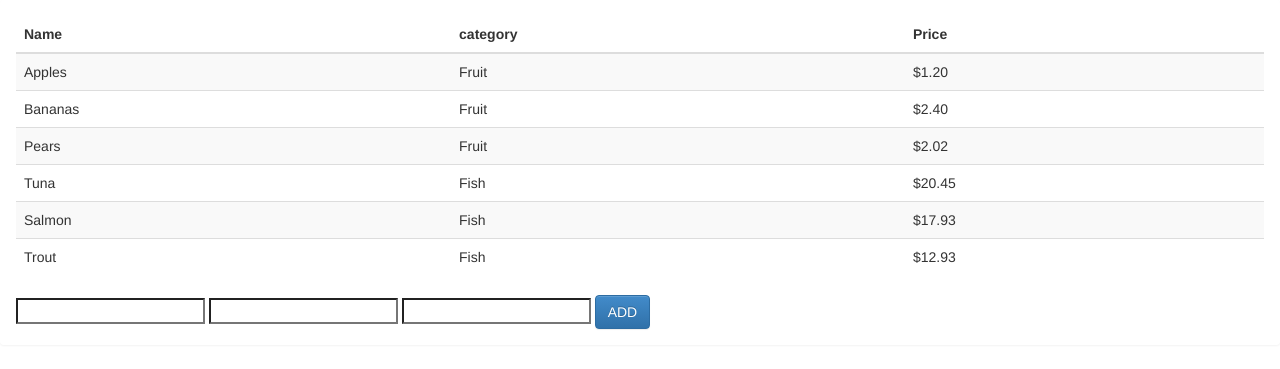
Repository: chisun-joung/workplace
Page: angularJS/WebContent/Chap17_CustomDirective/P516_Compile.html
These files come from the project's save history. The page is drawn as it stood at one moment and after the next save; the edit follows.
The browser window is 1280 px wide. The pictures show the whole page.
Some web libraries are served in a nearby version.

Above is the page before, as saved 2016-12-01 01:18:40.

### angularJS/WebContent/Chap17_CustomDirective/P516_Compile.html
<!DOCTYPE html>
<html ng-app="exampleApp">
<head>
    <title>Compile Function</title>
    <script src="https://ajax.googleapis.com/ajax/libs/angularjs/1.2.9/angular.js"></script>
    <link href="bootstrap.css" rel="stylesheet" />
    <link href="bootstrap-theme.css" rel="stylesheet" />
    <script type="text/ng-template" id="template">
		<table class="table table-striped">
        	<thead>
        		<tr>
        			<th>Name</th>
					<th>category</th>
        			<th>Price</th>
        		</tr>
        	</thead>
        	<tbody>
            	<tr ng-repeat="item in products">
                	<td>{{item.name}}</td>
					<td>{{item.category}}</td>
                	<td>{{item.price | currency}}</td>
            	</tr>
        	</tbody>
    	</table>
		<div id="view">
			<input type="text" ng-model="product.name">
            <input type="text" ng-model="product.category">
            <input type="text" ng-model="product.price">
			<!--
			<button id="btn" ng-click="addItem()">Change</button>
			-->
		</div>
	</script>
    <script type="text/javascript">
        angular.module("exampleApp", [])
            .controller("defaultCtrl", function ($scope) {
            	$scope.products = [
					{ name: "Apples", category: "Fruit", price: 1.20 },
					{ name: "Bananas", category: "Fruit", price: 2.4 },
					{ name: "Pears", category: "Fruit", price: 2.02},

					{ name: "Tuna", category: "Fish", price: 20.45 },
					{ name: "Salmon", category: "Fish", price: 17.93 },
					{ name: "Trout", category: "Fish", price: 12.93},
				];

            	$scope.addProduct = function(){
            		if(angular.isDefined($scope.product) && $scope.product.name !== '' && angular.isDefined($scope.product.name)){
            			$scope.products.push($scope.product);
            			$scope.product = {};
            		}
            	}
            })
            .directive("simpleRepeater", function () {
                return {
                    restrict: 'AE',
                    template: function(){
                    	 return angular.element(document.querySelector('#template')).html();
                    },
                    scope: {
                    	products:'=',
                    	addItem:'&addProduct',
                    	product:'=',

                    }
                    ,//기존 템플릿에서 구조를 추가, 변경할 목적으로 사용.
                	compile: function(element,attrs,transFn){
                		var view = angular.element(document.getElementById('view'));
                		if(attrs['showView'] == 'false') {
                			view.css('display','none')
                		}

                		var btn = angular.element('<button>');
                		btn.text('ADD');
                		btn.addClass('btn btn-primary');
                		view.append(btn)

                		// this is link function
                		return function(scope, element, attr, ctrl) {
                			console.log('Link Function');
                			btn.on('click', function(evt){
                				scope.addItem();
                				scope.$apply();
                			})
                		}
                	},


                }
            });
    </script>
</head>
<body ng-controller="defaultCtrl" class="panel panel-body" >

    <div simple-repeater products="products" add-product="addProduct()" product="product" show-view="true"></div>

</body>
</html>

Loaded but not shown: angularJS/WebContent/Chap17_CustomDirective/bootstrap.css (library); angularJS/WebContent/Chap17_CustomDirective/bootstrap-theme.css (library)

After the next save:
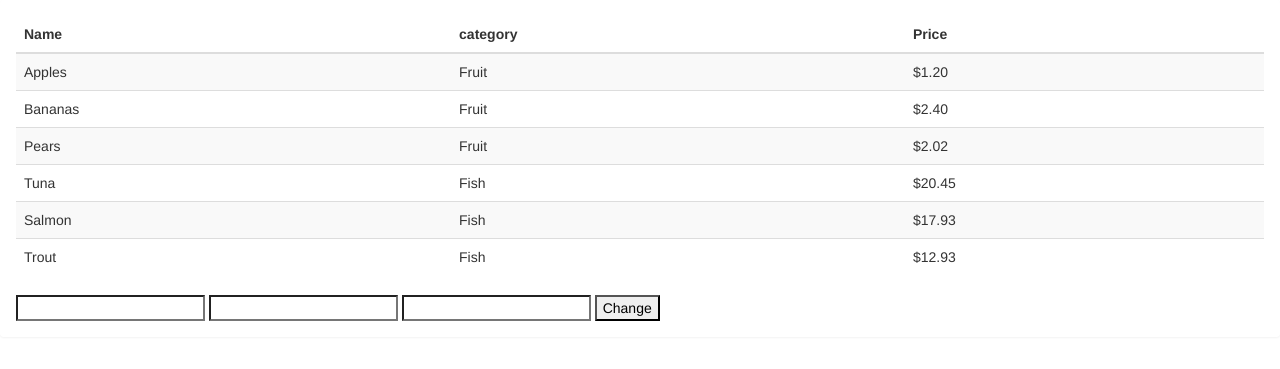
Saved 10 min 38 s later.
--- a/angularJS/WebContent/Chap17_CustomDirective/P516_Compile.html
+++ b/angularJS/WebContent/Chap17_CustomDirective/P516_Compile.html
@@ -22,13 +22,11 @@
             	</tr>
         	</tbody>
     	</table>
-		<div id="view">
+		<div>
 			<input type="text" ng-model="product.name">
             <input type="text" ng-model="product.category">
             <input type="text" ng-model="product.price">
-			<!--
-			<button id="btn" ng-click="addItem()">Change</button>
-			-->
+			<button id="btn" ng-click="addItem( {item:product} )">Change</button>
 		</div>
 	</script>
     <script type="text/javascript">
@@ -44,13 +42,15 @@
 					{ name: "Trout", category: "Fish", price: 12.93},
 				];
 
-            	$scope.addProduct = function(){
-            		if(angular.isDefined($scope.product) && $scope.product.name !== '' && angular.isDefined($scope.product.name)){
-            			$scope.products.push($scope.product);
+            	$scope.addProduct = function(product){
+            		if(angular.isDefined(product)){
+            			$scope.products.push(product);
             			$scope.product = {};
             		}
             	}
             })
+
+
             .directive("simpleRepeater", function () {
                 return {
                     restrict: 'AE',
@@ -58,41 +58,28 @@
                     	 return angular.element(document.querySelector('#template')).html();
                     },
                     scope: {
-                    	products:'=',
-                    	addItem:'&addProduct',
-                    	product:'=',
-
+                    	// 상위 controller 스코프의 변수를 하위 지시자에서 사용하도록 연결
+                    	products: '=',
+                    	addItem : '&addProduct',
+                    	// 자식 스코프의 변수 product를 상위 controller 스코프로 연결
+                    	product : '='
                     }
-                    ,//기존 템플릿에서 구조를 추가, 변경할 목적으로 사용.
-                	compile: function(element,attrs,transFn){
-                		var view = angular.element(document.getElementById('view'));
-                		if(attrs['showView'] == 'false') {
-                			view.css('display','none')
-                		}
-
-                		var btn = angular.element('<button>');
-                		btn.text('ADD');
-                		btn.addClass('btn btn-primary');
-                		view.append(btn)
-
-                		// this is link function
-                		return function(scope, element, attr, ctrl) {
-                			console.log('Link Function');
-                			btn.on('click', function(evt){
-                				scope.addItem();
-                				scope.$apply();
-                			})
-                		}
-                	},
-
-
                 }
             });
     </script>
 </head>
 <body ng-controller="defaultCtrl" class="panel panel-body" >
 
-    <div simple-repeater products="products" add-product="addProduct()" product="product" show-view="true"></div>
+	<!-- addProduct(?) 매개변수 ?는 현재 controller의 scope에 없음.
+		실질적으로 입력될 값은 지시자 simpleRepeater에 존재하므로
+		가상의 이름으로 전달하고, 사용하는 지시자에서 사용할 값으로 치환해서 사용.
+		값이 입력후 남아있게 되고 그 값을 변경하면 테이블의 값도 변경됨(에러)
+	  -->
+    <div simple-repeater
+    	products="products"
+    	add-product="addProduct(item)"
+    	product="product">
+    	</div>
 
 </body>
 </html>
